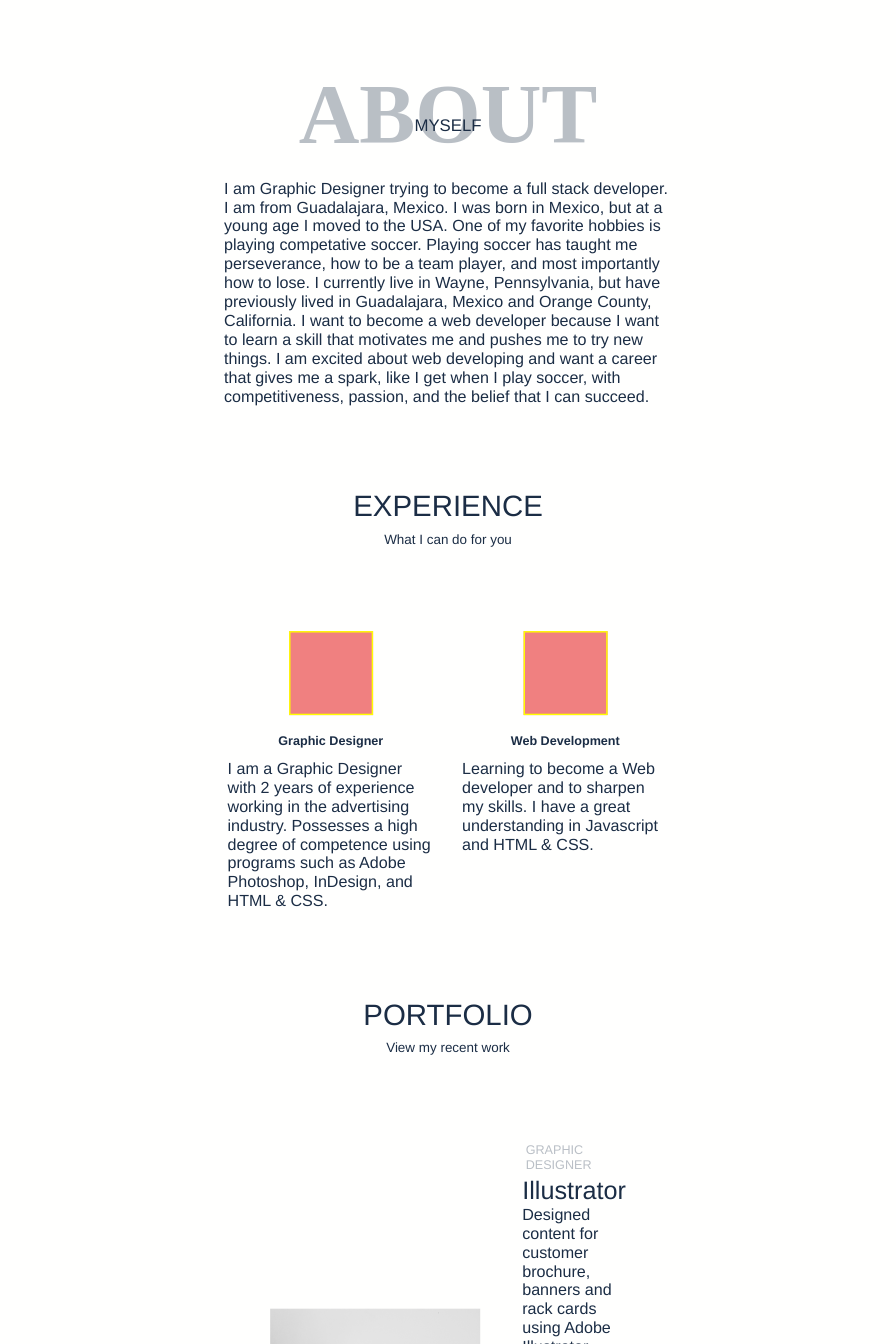
Repository: jb150524/JB-Portfolio
Page: index.html
These files come from the project's save history. The page is drawn as it stood at one moment and after the next save; the edit follows.
The browser window is 1280 px wide. The pictures show the part of the page from y = 652 to 2572 px (the page is 4178 px tall), at 70% of full size.
Some icons come from a web library that is not loaded, so they are not drawn.

Above is the page before, as saved 2021-07-24 19:24:11.

### index.html
<!DOCTYPE html>
<!-- saved from url=(0053)file:///Users/jja/FullStack_HW/juanwebsite/index.html -->

    <html lang="en"><head><meta http-equiv="Content-Type" content="text/html; charset=UTF-8">

    <meta http-equiv="X-UA-Compatible" content="IE=edge">
    <meta name="viewport" content="width=device-width, initial-scale=1.0">

    <!-- CSS style sheet -->
    <link rel="stylesheet" href="style.css">



    <title>Juan's Portfolio</title>
    </head>

    <body>
    <header>
      <nav class="top-nav">
       <ul class="nav-list">
       <li>
       <a href="file:///Users/jja/FullStack_HW/juanwebsite/index.html">Home</a>
       <a href="file:///Users/jja/FullStack_HW/juanwebsite/index.html#about">About</a>
       <a href="file:///Users/jja/FullStack_HW/juanwebsite/index.html#portfolio">Portfolio</a>
       <a href="file:///Users/jja/FullStack_HW/juanwebsite/index.html#resume">Resume</a>
       <a href="file:///Users/jja/FullStack_HW/juanwebsite/index.html#contact">Contact</a>
       </li>
      </ul>
      </nav>

    <div class="main">
      <div class="landing-text">
        <h1>JuanByrne</h1>
        <h6>Graphic Designer and Web Developer</h6>
      </div>
    </div>
    </header>

    <section class="about" id="about">
      <div class="container">
        <a class="about-details">
        <div class="about-heading">
        <h1>About</h1>
        <h6>Myself</h6>
      </div>
        <p>
        I am Graphic Designer trying to become a full stack developer. I am from Guadalajara, Mexico. I was born in Mexico, but at a young age I moved to the USA. One of my favorite hobbies is playing competative soccer. Playing soccer has taught me perseverance, how to be a team player, and most importantly how to lose. I currently live in Wayne, Pennsylvania, but have previously lived in Guadalajara, Mexico and Orange County, California. I want to become a web developer because I want to learn a skill that motivates me and pushes me to try new things. I am excited about web developing and want a career that gives me a spark, like I get when I play soccer, with competitiveness, passion, and the belief that I can succeed.
        </p>
        </a>
        </div>
        </section>
        <a class="about-details">
          <section class="experience" id="experience">
            <div class="container">
                <div class="section-heading">
                <h1>Experience</h1>
                <h6>What I can do for you</h6>
            </div>
        <div class="my-skills">
          <div class="skills" .="">
           <div class="icon-container">
            <i class="fas fa-code"></i>
          </div>
          <h1>Graphic Designer</h1>
            <p>
            I am a Graphic Designer with 2 years of experience working in the advertising industry. Possesses a high degree of competence using programs such as Adobe Photoshop, InDesign, and HTML & CSS.
            </p>
        </div>

        <div class="skills" .="">
          <div class="icon-container">
          <i class="fas fa.layer"></i>
          </div>
          <h1>Web Development</h1>
          <p>
          Learning to become a Web developer and to sharpen my skills. I have a great understanding in Javascript and HTML & CSS.
          </p>
        </div>
        </div>
        </div>
        </section>
        </a>
        <section class="portfolio" id="portfolio"><a class="about-details">
          </a>
          <div class="container"><a class="about-details">
          <div class="section-heading">
           <h1>Portfolio</h1>
           <h6>View my recent work</h6>
        </div>
          </a>
          <div class="portfolio-item"><a class="about-details">
          <div class="portfolio-img has-margin-right">
            <img src="images/desk.jpg" alt="">
          </div>
            </a><div class="portfolio-description"><a class="about-details">
              <h6>Graphic Designer</h6>
              <h1>Illustrator</h1>
              <p>
              Designed content for customer brochure, banners and rack cards using Adobe Illustrator, Adobe InDesign and Photoshop.
              </p>
            </a><a href="file:///Users/jja/FullStack_HW/juanwebsite/index.html#" class="cta"> View Details</a>
        </div>
        </div>
        <div>
        <div class="portfolio-item">
          <div class="portfolio-img has-margin-right">
            <img src="images/laptop.jpg" alt="">
            </div>
            <div class="portfolio-description">
            <h6>Web Development</h6>
            <h1>JavaScript</h1>
            <p>
            Lorem ipsum dolor sit amt, consectetur adipiscing elit, sed do eiusmod
            </p>
            <a href="file:///Users/jja/FullStack_HW/juanwebsite/index.html#" class="cta"> View Details</a>
            </div>
        </div>
        <div>
          <div class="portfolio-item">
            <div class="portfolio-img has-margin-right">
            <img src="images/notebook.jpg" alt="">
            </div>
            <div class="portfolio-description">
            <h6>HTML & CSS</h6>
            <h1>Website</h1>
            <p>
            Lorem ipsum dolor sit amt, consectetur adipiscing elit, sed do eiusmod
            </p>
            <a href="file:///Users/jja/FullStack_HW/juanwebsite/index.html#" class="cta"> View Details</a>
            </div>
            </div>
            </div>
          </div>
        </div>
        </section>

    <section class="resume" id="resume">
      <div class="container">
        <div class="section-heading">
        <h1>Resume</h1>
        <h6>brief details</h6>
      </div>

    <section class="contact" id="contact">
        <div class="container">
          <div class="section-heading">
          <h1>Contact Me</h1>
          <ul>
          <li>
          <h6>Let's work together</h6>
          <a href="file:///Users/jja/FullStack_HW/juanwebsite/www.linkedin.com/in/juan-byrne-43869ab7">LinkedIn</a>
          <a href="https://github.com/jb150524">Github</a>
          <a href="file:///Users/jja/FullStack_HW/juanwebsite/juan1505@gmail.com">Gmail</a>
          </li>
          </ul>
        </div>
       </div>
    </section>

    <footer class="copyright">
      <div class="up" id="up">
       <i class="fas fa-chevron-up"></i>
      </div>
      <p>© 2021 Juan Byrne</p>
    </footer>
  </div>
  </section>

   <!-- adding icons -->
   <script src="https://fontawesome.com/v5.15/icons/code?style=solid" crossorigin="anonymous"></script>

</body>
</html

### style.css
/* Start global*/

* {
    margin: 0;
    padding: 0;
    box-sizing: border-box;
}

html {
    font-size: 12px;
    font-family: Helvetica, sans-serif;
    /* color: rgb(255, 255, 255); */
}

body {
    width: 100%;
    height: 100%;
    background-color: #fffffe;
    background-size: cover;
}

section {
    padding: 60px 0;
}

h6 {
    color: #1b2d45;
    margin: 5px;
}

a {
    text-decoration: none;
    color: #1b2d45;
}

p {
   font-size: 23px;
   font-weight: 300;
   color: #1b2d45;
}



img {
    max-width: 100%;
    height: auto;
}

.main {
    padding: 16px;
    margin-top: 30px;
    height: 1500px; /* Used in this example to enable scrolling */
  }

/* Start reusable*/

.container {
    width: 50%;
    max-width: 120rem;
    height: 100%;
    margin: 0 auto;
    position: relative;
}

.container-details p {
    font-size: 200px;
    padding: 35px;
}

.section-heading {
    text-align: center;
    margin-bottom: 10rem;
}

.section-heading h1 {
    font-family: major mono display, Helvetica, sans-serif;
    font-size: 3.5rem;
    color: #1b2d45;
    text-transform: uppercase;
    font-weight: 300;
    position: relative;
    margin-bottom: 1rem;
}

.section-heading h1::before,
.section-heading h1::after {
    content: "";
    position: absolute;
    bottom: -.5rem;
    left: 50%;
    transform: translateX(-59%);
    background: color #fff8e8;
}

.section-heading h1::before {
    width: 10rem;
    height: 3px;
    border-radius: .8rem;
}

.section-heading h1::after {
    height: 1.5rem;
    border-radius: .100%;
    bottom: 1rem;
}

.section-heading h6 {
    font-size: 1.6rem;
    font-weight: 300;
    margin-bottom: 50px;
}

.has-margin-right {
    margin-right: 5rem;
}
/* End reusable*/

/* Start header*/
header {
    width: 100%;
    height: 100vh;
}

.nav-list {
    z-index: 2;
    top: 0;
    background:#00ebc7;
    overflow: hidden;
    font-size: 35px;
    font-family: major mono display;
    margin: 0;
    padding: 20px;
    position: fixed;
    list-style: none;
    width: 100%;
    display: flex;
    justify-content: center;
    align-items: flex-start;
    text-decoration: none;
}

li {
    margin: 0;
    list-style: none;
}

.nav-link {
    font-family: Arial, Helvetica, sans-serif;
    font-size: 15px;
    padding: 5px;
}

.nav-link:hover,
.nav-ink:focus {
    background: linear-gradient(to top, #5725b3, #9e91e9 );
    -webkit-background-clip: text;
    -webkit-text-fill-color: transparent;

}

.landing-text{
    position: absolute;
    top: 50%;
    left: 50%;
    transform: translate(-50%, -50%);
    width: 100%;
    text-align: center;
    z-index: 1;
}

.landing-text h1 {
    font-size: 150px;
    font-family: major mono display, Helvetica, sans-serif, Helvetica, sans-serif;
    background: linear-gradient(to top, #110202, #000000 );
    -webkit-background-clip: text;
    -webkit-text-fill-color: transparent;
    padding: 1rem;
    user-select: none;

}

.landing-text h6 {
    font-size: 2rem;
    font-weight: 300;
}
/* End header*/

.about .container {
    display: flex;
    align-items: center;
    justify-content: center;
}

.about-heading {
    text-align: center;
    text-transform: uppercase;
    line-height: 10px;
    margin-bottom: 6rem;
}

.about-heading h1 {
    font-size: 10rem;
    opacity: .3;
    font-family: major mono display;
}

.about-heading h6 {
    font-size: 2rem;
    font-weight: 300;
}

.about-container p {
   font-size: 50px;
}

.profile-img {
    max-width: 100%;
    display: inline-block;
}

/* Start services*/

.my-skills {
    margin-top: 10rem;
    display: grid;
    grid-template-columns: repeat(auto-fit, minmax(25rem, 1fr));
    grid-gap: 2.5rem;
    text-align: center;
}

.skill {
    display: flex;
    flex-direction: column;
    justify-content: center;
    align-items: center;
    padding: 2rem;
}

.skills p {
    padding: 15px 5px 5px 5px;
    text-align: left;
}

.skill h1 {
    text-transform: uppercase;
    letter-spacing: 2px;
    margin: 2rem -2px 2rem 0;
}

.icon-container {
    width: 10rem;
    height: 10rem;
    border: 2px solid yellow;
    background-color: lightcoral;
    margin-bottom: 2rem;
    display: flex;
    display: inline-block;
}

.icon-container i {
    color:#1b2d45;
    font-size: 5rem;
    margin: auto;
}
/* End services*/

/* Start portfolio*/

.portfolio-item {
    display: flex;
    align-items: end;
    justify-content: center;
    flex-direction: row;
    flex-wrap: wrap;
    align-content: stretch;
    margin-bottom: 50px;

}
.portfolio-img {
    width: 300px;
    height: 200px;
    background-size: 100%;
}

.portfolio-item:last-child {
    margin: 0;
}

.portfolio-description {
    flex: .5;
    color: #1b2d45;

}

.portfolio-description h1 {
    font-size: 3rem;
    font-weight: 300;
    margin: 1px 0;
    display: contents;
}

.portfolio-description h6 {
    font-size: 1.5rem;
    text-transform: uppercase;
    font-weight: 300;
    opacity: 0.3;
}

.portfolio-description .cta {
    display: inline-block;
    margin-top: 2.5rem;
    font-size: 1.5rem;
    text-transform: uppercase;
    color: #fffffe;
    transition: color 650ms;
}

.portfolio-description .cta:hover {
    color: #2f67cd;
}
/* End portfolio*/


/*Star contact*/

.contact {
    background-color:#00ebc7;
}

.contact a {
    font-weight: bold;
    margin: 10px;
    margin-top: 20px;
    padding: 15px 0;
    text-align: center;
    font-size: 25px;
}

/*End contact*/

/*Star footer*/

.copyright {
    width: 100%;
    text-align: center;
    background-color:#ff5470;
    padding: 2rem 0;
    position: absolute;
    display: block;
}

/* .up {
    position: absolute;
    width: 5rem;
    height: 5rem;
    background-color: burlywood;
    top: -2.5rem;
    right: 5rem;
    border-radius: 100%;
    display: flex;
    animation: pulse 2s infinite;
    cursor: pointer;
}

.up i {
    color: navy;
    font-size: 2rem;
    margin: auto;
} */

.copyright p {
    font-size: 1.4rem;
}
/*End footer*/

/*Start Button animation*/

@keyframes pulse {
    0%{
        box-shadow: 0 0 0 0 rgba(253, 87, 191, 0.99);
    }
    70%{
        box-shadow: 0 0 0 2rem rgba(253, 87, 191, 0);
    }
    100%{
        box-shadow: 0 0 0 0 rgba(253, 87, 191, 0);
    }
}
/*End Button animation*/

/*Start media queries*/

@media screen and (max-width: 768px) {
    body {
        background-color: #fffffe;
        background-size: cover;
    }

    .landing-text h1 {
        font-size: 70px;
    }

    .landing-text h6 {
        font-size: 1.7rem;
    }

    .nav-list {
        font-size: 15px;
    }

    li {
        margin: 2rem 0;
    }

    .nav-ink {
        font-size: 4.5rem;
    }

    .about-heading {
        font-size: 15px;
    }

    .section-heading h1 {
        font-size: 3rem;
    }

    .about-details .nav-list {
        flex-direction: initial;
    }

    .about-details li {
        font-size: 10px;
        margin: 0 2rem;
    }

@media screen and (max-width: 600px) {

    .landing-text h1 {
        font-size: 8rem;
    }

    .landing-text h6 {
        font-size: 1.4rem;
    }

    .nav-link {
        font-size: 3.5rem;
    }

    .profile-img {
        margin-top: 0 0 7rem 0;
    }

    .portfolio-item {
        flex-direction: column;
    }

    .portfolio-img {
        margin: 0 0 2rem 0;
        order: 1;
    }

    .portfolio-description {
        margin: 0;
        order: 2;
    }

    form {
        width: 100%;
    }

    .up {
        right: 2rem;
    }
}
/*End media queries*/

After the next save:
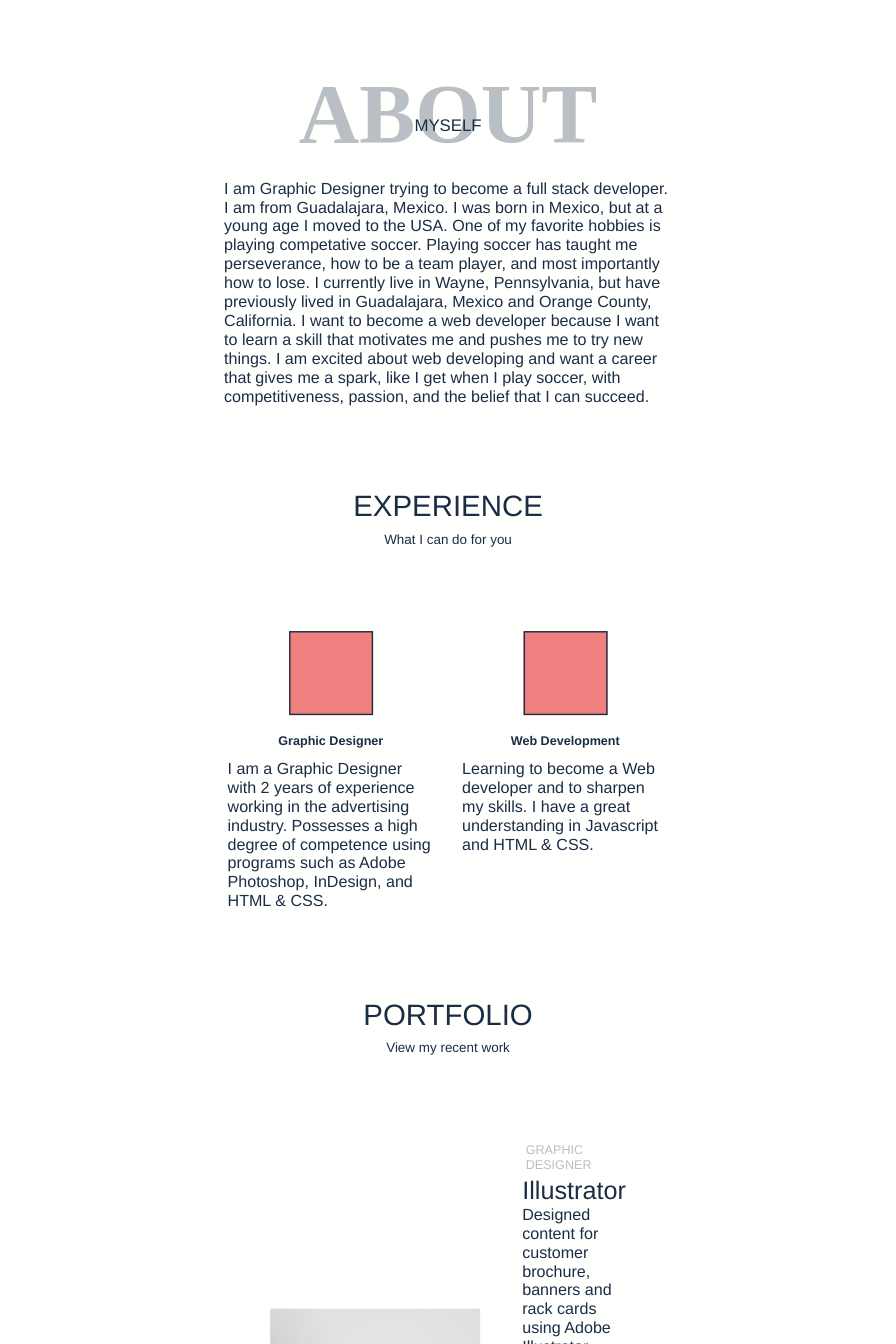
Saved 30 s later.
--- a/style.css
+++ b/style.css
@@ -250,7 +250,7 @@ li {
 .icon-container {
     width: 10rem;
     height: 10rem;
-    border: 2px solid yellow;
+    border: 2px solid #1b2d45;
     background-color: lightcoral;
     margin-bottom: 2rem;
     display: flex;
